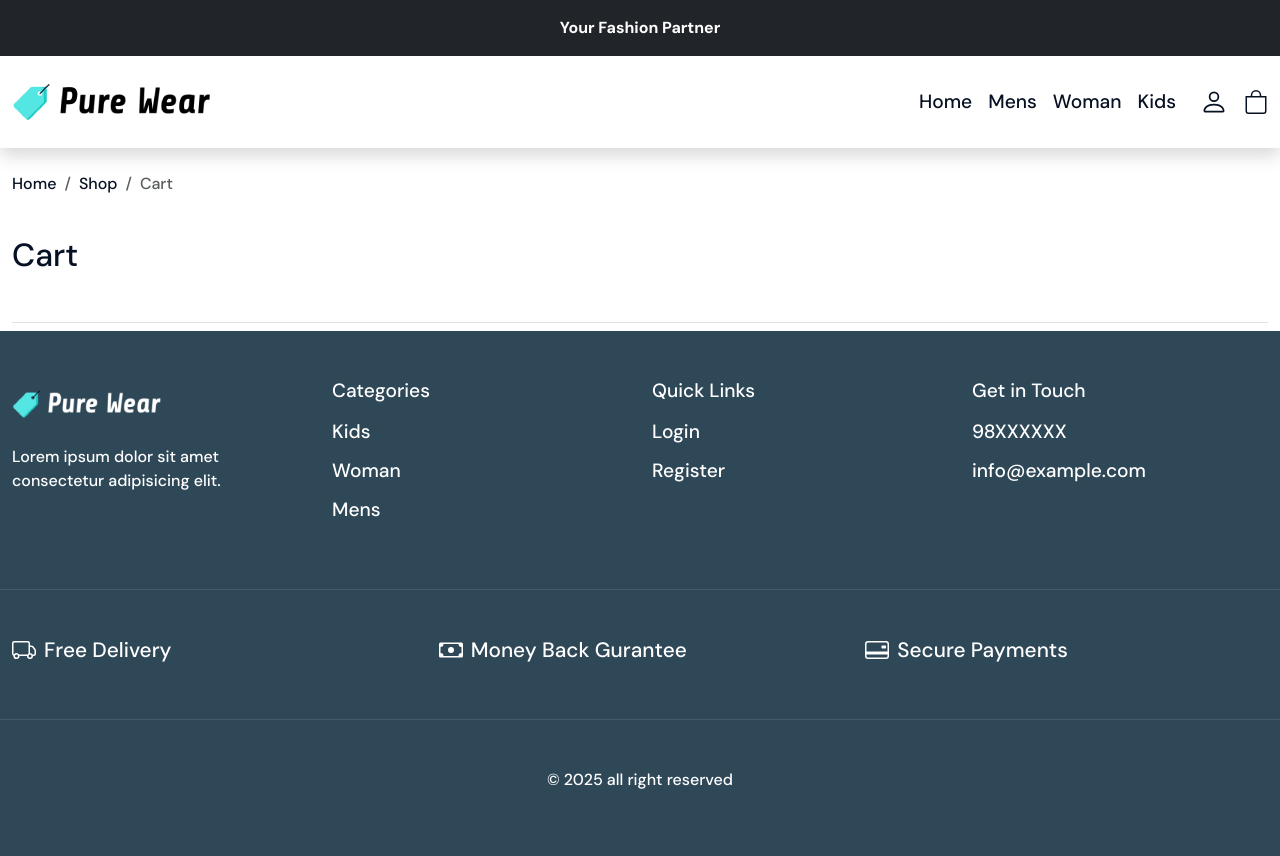
Repository: rajendratamang/react_ecommerce
Page: /cart
An editor plug-in stored every save of this project. The page is shown before and after the next save, followed by the edit.
The browser window is 1280 px wide. The pictures show the whole page.
The project was rebuilt for these pictures with package versions that can differ from the ones it lists, and the page was loaded fresh each time. Also part of the build but not shown: vite.config.js, src/components/common/LatestProduct.jsx, src/components/common/FeaturedProducts.jsx, src/components/Home.jsx, src/components/Shop.jsx, src/components/Product.jsx.

Above is the page before, as saved 2025-11-06 14:46:43.

### index.html
<!doctype html>
<html lang="en">
  <head>
    <meta charset="UTF-8" />
    <link rel="icon" type="image/svg+xml" href="/vite.svg" />
    <meta name="viewport" content="width=device-width, initial-scale=1.0" />
    <title>react-ecommerce-frontend</title>
  </head>
  <body>
    <div id="root"></div>
    <script type="module" src="/src/main.jsx"></script>
  </body>
</html>

### src/main.jsx
import { StrictMode } from 'react'
import { createRoot } from 'react-dom/client'
import App from './App.jsx'
//import react bootstrap
import 'bootstrap/dist/css/bootstrap.min.css';
// import fonts
import './assets/css/style.scss';

createRoot(document.getElementById('root')).render(
  <StrictMode>
    <App />
  </StrictMode>,
)

### src/App.jsx
import { BrowserRouter, Route, Routes } from 'react-router-dom';
import Home from './components/Home';
import Shop from './components/Shop';
import Product from './components/Product';
import Cart from './components/Cart';

function App() {
  return (
    <BrowserRouter>
      <Routes>
        <Route path="/" element={<Home />} />
        <Route path="/shop" element={<Shop />} />
        <Route path="/product" element={<Product />} />
        <Route path="/cart" element={<Cart />} />
      </Routes>
    </BrowserRouter>
  );
}

export default App;

### src/assets/css/style.scss
@import url('https://fonts.googleapis.com/css2?family=DM+Sans:ital,opsz,wght@0,9..40,100..1000;1,9..40,100..1000&display=swap');

$primary-font: "DM Sans", sans-serif;
$primary-white: #FFF;
$primary-color: #43c3D1;
$primary-black: #061123;
$secondary-color: #0284FF;
$tertiary-color: #2F4858;



body {
    font-family: $primary-font;
    font-size: 1em;
    color: $primary-black;
    font-weight: 500;
}

h1 {
    font-size: 2.5em;
}

h2 {
    font-size: 2em;
}

h3 {
    font-size: 1.3em;
}

h4 {
    font-size: 1em;
}

a {
    text-decoration: none;
    color: $primary-black;

    &::hover {
        color: $primary-color;
    }
}

.primary-text {
    color: $primary-color ;
}

.secondary-text {
    color: $secondary-color ;
}


ul {
    padding-left: 0;

    li {
        list-style: none;
    }
}

.container {
    max-width: 1440px;
}

.nav-tabs {
    .nav-link {
        color: $primary-black;
    }
}

.btn {
    &.btn-size {
        background-color: rgba($primary-black, 0.03);
        border-color: rgba($primary-black, 0.05);
        padding: 7px 15px;

        &.active {
            border-color: rgba($primary-black, 0.20);
            ;
        }

        &:hover {
            border-color: rgba($primary-black, 0.20);
            ;
            color: $primary-black;
        }
    }

    &.btn-primary {
        background-color: $primary-color;
        border-color: $primary-color;
        padding: 7px 25px;

        &:hover {
            background-color: $primary-black;
            border-color: $primary-black;
            color: $primary-white;
        }
    }

    &.btn-secondary {
        background-color: $primary-black;
        border-color: $primary-black;
        color: $primary-white;
        padding: 7px 25px;

        &:hover {
            background-color: $primary-color;
            border-color: $primary-color;
            color: $primary-white;
        }
    }
}

header {
    .navbar-expand-lg {
        .navbar-nav {
            .nav-link {
                padding: 10 px 15 px;
                font-size: 1.2em;
                font-weight: 500;
                color: $primary-black;
            }
        }
    }
}

footer {
    background-color: $tertiary-color;

    h2 {
        font-size: 1.2em;
    }

    ul {
        li {
            margin-top: 10px;

            a {
                font-size: 1.2em;
                color: $primary-white;
            }
        }
    }

    .spotlight {
        border-top: 1px solid rgba($primary-white, 0.10);
        border-bottom: 1px solid rgba($primary-white, 0.10);
    }

}

.section-1 {
    .swiper {
        .swiper-slide {
            height: 650px;

            .content {
                height: 100%;
                width: 100%;
                background-repeat: no-repeat;
                background-size: cover;
            }
        }
    }
}


.product {


    .card-img {
        overflow: hidden;
        border-radius: 10px;


        img {
            border-radius: 10px;
            transition: all 0.3s ease-out;
        }

    }

    &:hover {
        img {
            scale: 1.2;
        }
    }

    .card-body {
        padding: 0;

        a {
            font-size: 1.2 em;

            &:hover {
                color: $primary-color;
            }

        }

        .price {
            font-size: 1.2 em;

            span {
                color: rgba($primary-black, 0.5);
            }
        }
    }

    .product-detail {
        .mySwiper {
            .swiper-slide {
                height: auto !important;
            }
        }

        .price {
            font-weight: bold;

            span {
                color: rgba($primary-black, 0.50);
            }

        }
    }
}

### src/components/Cart.jsx
import React from 'react'
import Layout from './common/Layout'
import Home from './home'
import Shop from './shop'
import { Link } from 'react-router-dom'

const Cart = () => {
    return (
        <Layout>
            <div className="container">
                <div className="row">
                    <div className="col-md-12">
                        <nav aria-label="breadcrumb" className='py-4'>
                            <ol className="breadcrumb">
                                <li className="breadcrumb-item"><Link to="/home">Home</Link></li>
                                <li className="breadcrumb-item" ><Link to="/shop">Shop</Link></li>
                                <li className="breadcrumb-item active" aria-current="page">Cart</li>
                            </ol>
                        </nav>
                    </div>
                    <div className="col-md-12">
                        <h2 className='border-bottom pb-5'>Cart </h2>
                    </div>
                </div>
            </div>
        </Layout>

    )
}

export default Cart

### src/components/common/Layout.jsx
import React from 'react'
import Header from './Header'
import Footer from './Footer'

const Layout = ({ children }) => {
    return (
        <>
            <Header />
            {children}
            <Footer />

        </>
    )
}

export default Layout

### src/components/common/Header.jsx
import React from 'react'
import Nav from 'react-bootstrap/Nav';
import Navbar from 'react-bootstrap/Navbar';
import logo from '../../assets/images/logo.png'
import { Link } from 'react-router-dom';
const Header = () => {
    return (
        <header className='shadow'>
            <div className="bg-dark text-center py-3">
                <span className='text-white fw-bold'>
                    Your Fashion Partner
                </span>
            </div>
            {/* navbar */}
            <div className="container">
                <Navbar expand="lg" className="" width={170}>
                    <Navbar.Brand href="/">
                        {/* logo */}
                        <img src={logo} alt="" />
                    </Navbar.Brand>
                    <Navbar.Toggle aria-controls="navbarScroll" />
                    <Navbar.Collapse id="navbarScroll">
                        <Nav
                            className="ms-auto my-2 my-lg-0"
                            navbarScroll
                        >
                            <Nav.Link href="#action1">Home</Nav.Link>
                            <Nav.Link href="#action2">Mens</Nav.Link>
                            <Nav.Link href="#action2">Woman</Nav.Link>
                            <Nav.Link href="#action2">Kids</Nav.Link>
                        </Nav>
                        <div className="nav-right d-flex">
                            <a href="" className='ms-3'>
                                <svg xmlns="http://www.w3.org/2000/svg" width="28" height="28" fill="currentColor" className="bi bi-person" viewBox="0 0 16 16"><path d="M8 8a3 3 0 1 0 0-6 3 3 0 0 0 0 6m2-3a2 2 0 1 1-4 0 2 2 0 0 1 4 0m4 8c0 1-1 1-1 1H3s-1 0-1-1 1-4 6-4 6 3 6 4m-1-.004c-.001-.246-.154-.986-.832-1.664C11.516 10.68 10.289 10 8 10s-3.516.68-4.168 1.332c-.678.678-.83 1.418-.832 1.664z"></path></svg>
                            </a>
                            <Link to="/cart" className='ms-3'>
                                <svg xmlns="http://www.w3.org/2000/svg" width="24" height="28" fill="currentColor" className="bi bi-bag" viewBox="0 0 16 16"><path d="M8 1a2.5 2.5 0 0 1 2.5 2.5V4h-5v-.5A2.5 2.5 0 0 1 8 1m3.5 3v-.5a3.5 3.5 0 1 0-7 0V4H1v10a2 2 0 0 0 2 2h10a2 2 0 0 0 2-2V4zM2 5h12v9a1 1 0 0 1-1 1H3a1 1 0 0 1-1-1z"></path></svg>
                            </Link>
                        </div>
                        {/* <Form className="d-flex">
                <Form.Control
                  type="search"
                  placeholder="Search"
                  className="me-2"
                  aria-label="Search"
                />
                <Button variant="outline-success">Search</Button>
              </Form> */}
                    </Navbar.Collapse>
                </Navbar>
            </div>

        </header>

    )
}

export default Header

### src/components/common/Footer.jsx
import React from 'react'
import logoBlack from '../../assets/images/logo-white.png'
const Footer = () => {
    return (
        <footer className='py-5 text-white'>
            <div className="container">
                <div className="row mb-5">
                    <div className="col-md-3">
                        <img src={logoBlack} alt="" width={150} />
                        <div className='pt-3 pe-5'>Lorem ipsum dolor sit amet consectetur adipisicing elit.</div>
                    </div>
                    <div className="col-md-3">
                        <h2 className='mb-3'>Categories</h2>
                        <ul>
                            <li><a href="">Kids</a></li>
                            <li><a href="">Woman</a></li>
                            <li><a href="">Mens</a></li>
                        </ul>
                    </div>
                    <div className="col-md-3">
                        <h2 className='mb-3'>Quick Links</h2>
                        <ul>
                            <li><a href="">Login</a></li>
                            <li><a href="">Register</a></li>
                        </ul>
                    </div>
                    <div className="col-md-3">
                        <h2 className='mb-3'>Get in Touch</h2>
                        <ul>
                            <li><a href="">98XXXXXX</a></li>
                            <li><a href="">info@example.com</a></li>
                        </ul>
                    </div>
                </div>


                <div className="row spotlight py-5">
                    <div className="col-md-4">
                        <div className="d-flex ustify-content-center">
                            <svg xmlns="http://www.w3.org/2000/svg" width="24" height="24" fill="currentColor" class="bi bi-truck" viewBox="0 0 16 16"><path d="M0 3.5A1.5 1.5 0 0 1 1.5 2h9A1.5 1.5 0 0 1 12 3.5V5h1.02a1.5 1.5 0 0 1 1.17.563l1.481 1.85a1.5 1.5 0 0 1 .329.938V10.5a1.5 1.5 0 0 1-1.5 1.5H14a2 2 0 1 1-4 0H5a2 2 0 1 1-3.998-.085A1.5 1.5 0 0 1 0 10.5zm1.294 7.456A2 2 0 0 1 4.732 11h5.536a2 2 0 0 1 .732-.732V3.5a.5.5 0 0 0-.5-.5h-9a.5.5 0 0 0-.5.5v7a.5.5 0 0 0 .294.456M12 10a2 2 0 0 1 1.732 1h.768a.5.5 0 0 0 .5-.5V8.35a.5.5 0 0 0-.11-.312l-1.48-1.85A.5.5 0 0 0 13.02 6H12zm-9 1a1 1 0 1 0 0 2 1 1 0 0 0 0-2m9 0a1 1 0 1 0 0 2 1 1 0 0 0 0-2"></path></svg>

                            <h3 className='ps-2'>Free Delivery</h3>
                        </div>
                    </div>
                    <div className="col-md-4">
                        <div className="d-flex ustify-content-center">
                            <svg xmlns="http://www.w3.org/2000/svg" width="24" height="24" fill="currentColor" class="bi bi-cash" viewBox="0 0 16 16"><path d="M8 10a2 2 0 1 0 0-4 2 2 0 0 0 0 4"></path><path d="M0 4a1 1 0 0 1 1-1h14a1 1 0 0 1 1 1v8a1 1 0 0 1-1 1H1a1 1 0 0 1-1-1zm3 0a2 2 0 0 1-2 2v4a2 2 0 0 1 2 2h10a2 2 0 0 1 2-2V6a2 2 0 0 1-2-2z"></path></svg>

                            <h3 className='ps-2'>Money Back Gurantee</h3>
                        </div>
                    </div>
                    <div className="col-md-4">
                        <div className="d-flex ustify-content-center">
                            <svg xmlns="http://www.w3.org/2000/svg" width="24" height="24" fill="currentColor" class="bi bi-credit-card-2-back" viewBox="0 0 16 16"><path d="M11 5.5a.5.5 0 0 1 .5-.5h2a.5.5 0 0 1 .5.5v1a.5.5 0 0 1-.5.5h-2a.5.5 0 0 1-.5-.5z"></path><path d="M2 2a2 2 0 0 0-2 2v8a2 2 0 0 0 2 2h12a2 2 0 0 0 2-2V4a2 2 0 0 0-2-2zm13 2v5H1V4a1 1 0 0 1 1-1h12a1 1 0 0 1 1 1m-1 9H2a1 1 0 0 1-1-1v-1h14v1a1 1 0 0 1-1 1"></path></svg>

                            <h3 className='ps-2'>Secure Payments</h3>
                        </div>
                    </div>
                </div>

                <div className="row">
                    <div className="col-md-12 text-center pt-5">
                        <p>&copy; 2025 all right reserved</p>
                    </div>
                </div>
            </div>
        </footer>
    )
}

export default Footer

After the next save:
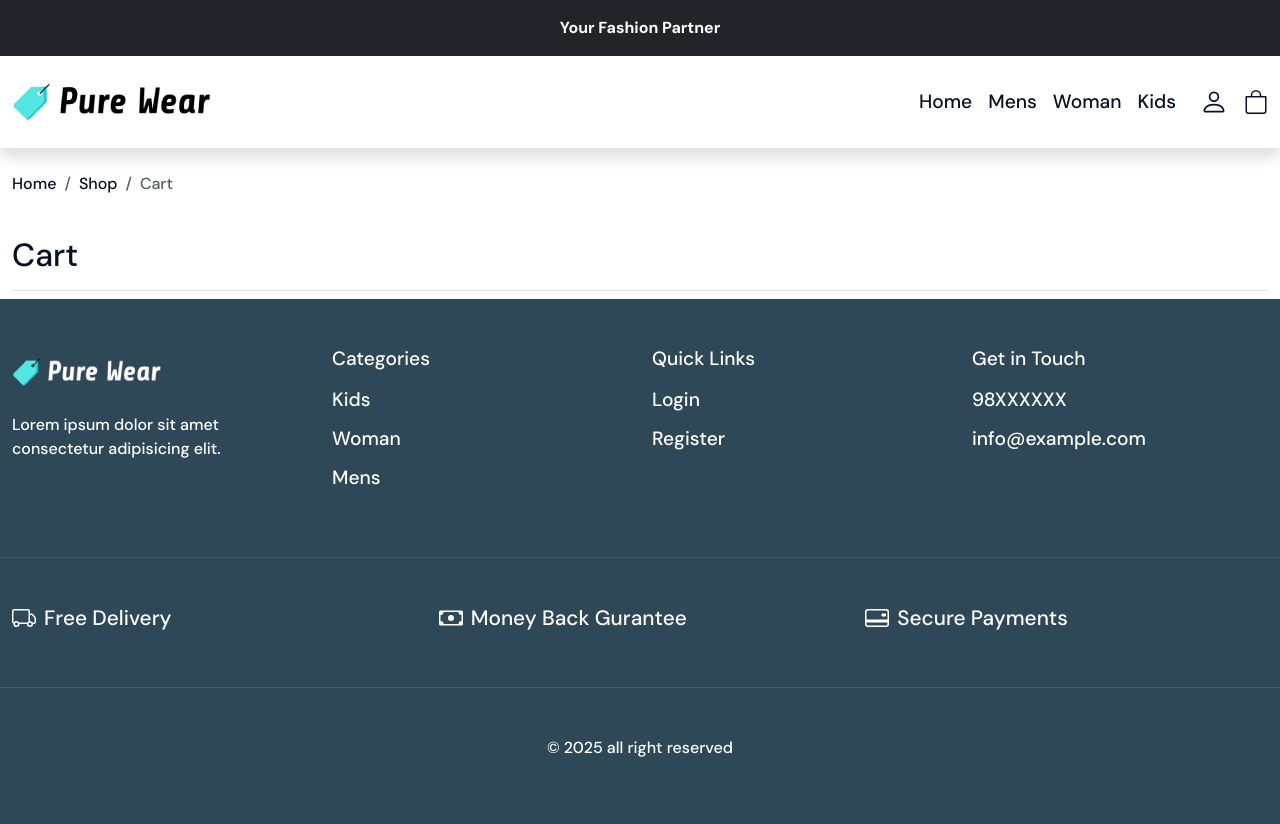
Saved 14 s later.
--- a/src/components/Cart.jsx
+++ b/src/components/Cart.jsx
@@ -19,7 +19,7 @@ const Cart = () => {
                         </nav>
                     </div>
                     <div className="col-md-12">
-                        <h2 className='border-bottom pb-5'>Cart </h2>
+                        <h2 className='border-bottom pb-3'>Cart </h2>
                     </div>
                 </div>
             </div>
